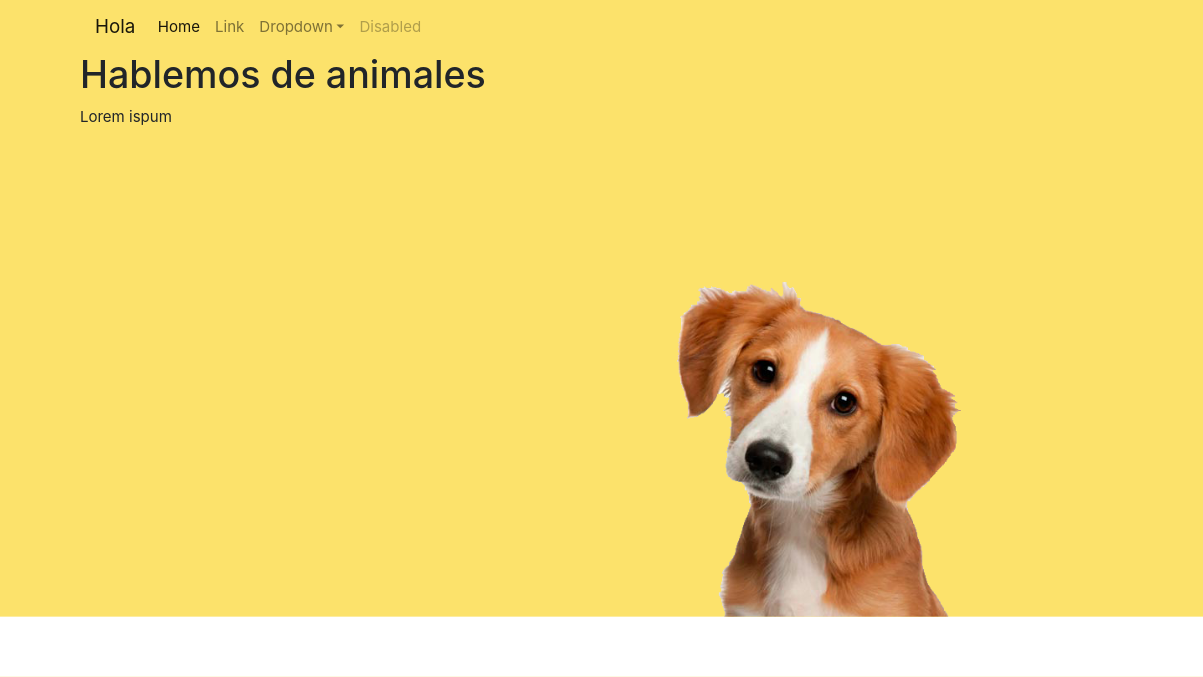
Repository: conceptorobledo/narices-react-website
Page: /
The author's editor kept a copy of each file at every save. The page is drawn from the files as they stood at one save, then again after the next save.
The browser window is 1280 px wide. The pictures show the whole page, at 94% of full size.
The project was rebuilt for these pictures with package versions that can differ from the ones it lists, and the page was loaded fresh each time. Also part of the build but not shown: src/components/Navigation/Navbar.css. Imported but missing from the stored project, and not drawn on this page: src/components/Logo.

Above is the page before, as saved 2018-11-04 12:58:49.

### public/index.html
<!DOCTYPE html>
<html lang="en">

<head>
  <meta charset="utf-8">
  <meta name="viewport" content="width=device-width, initial-scale=1, shrink-to-fit=no">
  <meta name="theme-color" content="#000000">
  <!--
      manifest.json provides metadata used when your web app is added to the
      homescreen on Android. See https://developers.google.com/web/fundamentals/engage-and-retain/web-app-manifest/
    -->
  <link rel="manifest" href="%PUBLIC_URL%/manifest.json">
  <link rel="shortcut icon" href="%PUBLIC_URL%/favicon.ico">
  <!--
      Notice the use of %PUBLIC_URL% in the tags above.
      It will be replaced with the URL of the `public` folder during the build.
      Only files inside the `public` folder can be referenced from the HTML.

      Unlike "/favicon.ico" or "favicon.ico", "%PUBLIC_URL%/favicon.ico" will
      work correctly both with client-side routing and a non-root public URL.
      Learn how to configure a non-root public URL by running `npm run build`.
    -->
  <title>React App</title>
</head>

<body>
  <noscript>
    You need to enable JavaScript to run this app.
  </noscript>
  <div id="root"></div>
  <!--
      This HTML file is a template.
      If you open it directly in the browser, you will see an empty page.

      You can add webfonts, meta tags, or analytics to this file.
      The build step will place the bundled scripts into the <body> tag.

      To begin the development, run `npm start` or `yarn start`.
      To create a production bundle, use `npm run build` or `yarn build`.
    -->

  <script src="https://code.jquery.com/jquery-3.3.1.slim.min.js" integrity="sha384-q8i/X+965DzO0rT7abK41JStQIAqVgRVzpbzo5smXKp4YfRvH+8abtTE1Pi6jizo"
    crossorigin="anonymous"></script>
  <script src="https://cdnjs.cloudflare.com/ajax/libs/popper.js/1.14.3/umd/popper.min.js" integrity="sha384-ZMP7rVo3mIykV+2+9J3UJ46jBk0WLaUAdn689aCwoqbBJiSnjAK/l8WvCWPIPm49"
    crossorigin="anonymous"></script>
  <script src="https://stackpath.bootstrapcdn.com/bootstrap/4.1.3/js/bootstrap.min.js" integrity="sha384-ChfqqxuZUCnJSK3+MXmPNIyE6ZbWh2IMqE241rYiqJxyMiZ6OW/JmZQ5stwEULTy"
    crossorigin="anonymous"></script>

</body>

</html>

### src/App.js
import React, { Component } from 'react';
import Header from './components/Layout/Header';
import './App.css';
import 'bootstrap/dist/css/bootstrap.css'

class App extends Component {
  render() {
    return (
      <div className="App">
        <Header />
      </div>
    );
  }
}

export default App;

### src/components/Layout/Header.js
import React from 'react';
import Hero from './Hero';
import Navbar from '../Navigation/Navbar'

import './Header.css';

const header = () => {
    return (
        <header>
            <Navbar />
            <Hero />
        </header>
    );
};

export default header;

### src/components/Layout/Hero.js
import React from 'react';
import './Hero.css';

const hero = () => {
    return (
        <section id="Hero">
            <div className="container">
                <div className="row">
                    <div className="col left">
                        <div className="justify-content-center align-items-center">
                            <h1>Hablemos de animales</h1>
                            <p>Lorem ispum  </p>
                        </div>
                    </div>
                    <div className="col background-png h-100">
                    </div>
                </div>
            </div>
        </section>
    );
};

export default hero;

### src/components/Navigation/Navbar.js
import React from 'react';
import Logo from '../Logo';

import './Navbar.css'

const navbar = () => {
    return (
        <div className="container Navbar">
            <nav className="navbar navbar-expand-lg navbar-light ">
                <a className="navbar-brand order-md-0" href="#"> Hola</a>
                <button className="navbar-toggler" type="button" data-toggle="collapse" data-target="#navbarSupportedContent" aria-controls="navbarSupportedContent" aria-expanded="false" aria-label="Toggle navigation">
                    <span className="navbar-toggler-icon"></span>
                </button>

                <div className="collapse navbar-collapse" id="navbarSupportedContent">
                    <ul className="navbar-nav mr-auto">
                        <li className="nav-item active">
                            <a className="nav-link" href="#">Home <span className="sr-only">(current)</span></a>
                        </li>
                        <li className="nav-item">
                            <a className="nav-link" href="#">Link</a>
                        </li>
                        <li className="nav-item dropdown">
                            <a className="nav-link dropdown-toggle" href="#" id="navbarDropdown" role="button" data-toggle="dropdown" aria-haspopup="true" aria-expanded="false">
                                Dropdown
                    </a>
                            <div className="dropdown-menu" aria-labelledby="navbarDropdown">
                                <a className="dropdown-item" href="#">Action</a>
                                <a className="dropdown-item" href="#">Another action</a>
                                <div className="dropdown-divider"></div>
                                <a className="dropdown-item" href="#">Something else here</a>
                            </div>
                        </li>
                        <li className="nav-item">
                            <a className="nav-link disabled" href="#">Disabled</a>
                        </li>
                    </ul>
                </div>
            </nav>
        </div>
    );
};

export default navbar;

### src/components/Layout/Header.css
header {
    background-color:#FCE26B;
}

### src/components/Layout/Hero.css


section .container
.row {
    height: 600px;
}

.left {
    text-align:left;
}

.col.background-png {
    background: url("perro-mestizo.png") no-repeat 25% bottom;
    background-size: 60%;
}

Loaded but not shown: src/index.js (common file); src/index.css (common file); src/registerServiceWorker.js (common file); src/App.css (common file)

After the next save:
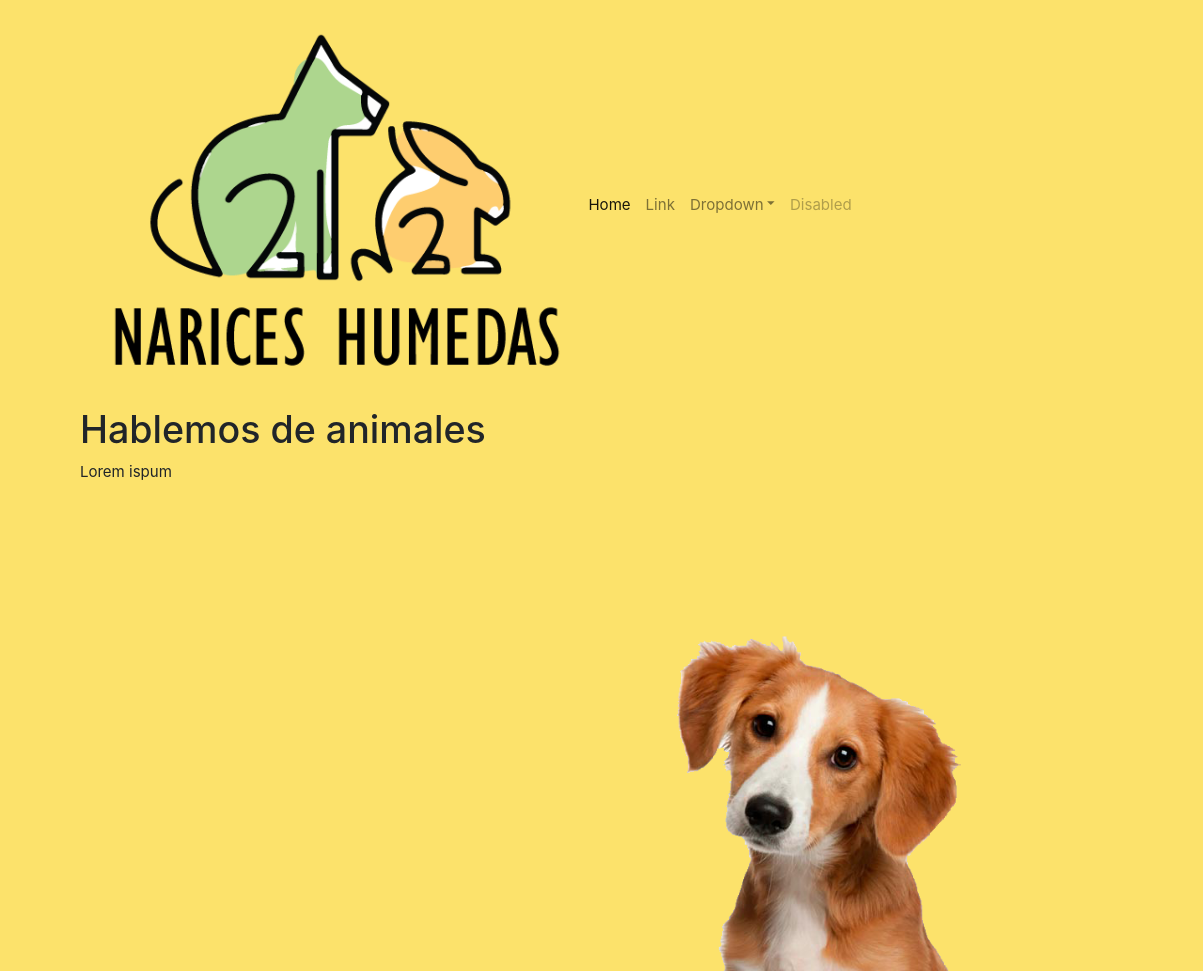
Saved 57 s later.
--- a/src/components/Navigation/Navbar.js
+++ b/src/components/Navigation/Navbar.js
@@ -7,7 +7,7 @@ const navbar = () => {
     return (
         <div className="container Navbar">
             <nav className="navbar navbar-expand-lg navbar-light ">
-                <a className="navbar-brand order-md-0" href="#"> Hola</a>
+                <a className="navbar-brand order-md-0" href="#"> <img src="logo.png"/></a>
                 <button className="navbar-toggler" type="button" data-toggle="collapse" data-target="#navbarSupportedContent" aria-controls="navbarSupportedContent" aria-expanded="false" aria-label="Toggle navigation">
                     <span className="navbar-toggler-icon"></span>
                 </button>
